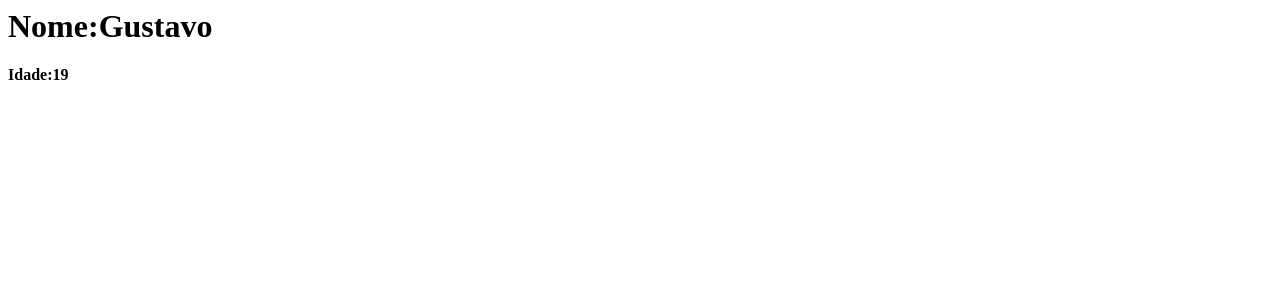
Repository: gustavofragadeveloper/Estudos-backend
Page: http://localhost/aula-02-04/Aula?nome=Gustavo&idade=19
The author's editor kept a copy of each file at every save. The page is drawn from the files as they stood at one save, then again after the next save.
The browser window is 1280 px wide. The pictures show the whole page.
The page is served by Tomcat 10.

Above is the page before, as saved 2024-04-02 23:48:43.

### AULA6/aula-02-04/src/main/java/Aula0204.java


import jakarta.servlet.ServletException;
import jakarta.servlet.annotation.WebServlet;
import jakarta.servlet.http.HttpServlet;
import jakarta.servlet.http.HttpServletRequest;
import jakarta.servlet.http.HttpServletResponse;
import java.io.IOException;
import java.io.PrintWriter;

/**
 * Servlet implementation class Aula0204
 */
public class Aula0204 extends HttpServlet {
	private static final long serialVersionUID = 1L;

    /**
     * @see HttpServlet#HttpServlet()
     */
    public Aula0204() {
        super();
        // TODO Auto-generated constructor stub
    }

	/**
	 * @see HttpServlet#doGet(HttpServletRequest request, HttpServletResponse response)
	 */
	protected void doGet(HttpServletRequest request, HttpServletResponse response) throws ServletException, IOException {
		String nome = request.getParameter("nome");
		String idade = request.getParameter("idade");

		response.setContentType("text/html");

		PrintWriter out = response.getWriter();

		out.println("<html>");
		out.println("<body>");
		out.println("<h1> Nome:" + nome + "</h1>");
		out.println("<h4> Idade:" + idade + "</h4>");
		out.println("</body>");
		out.println("</html>");


	}

	/**
	 * @see HttpServlet#doPost(HttpServletRequest request, HttpServletResponse response)
	 */
	protected void doPost(HttpServletRequest request, HttpServletResponse response) throws ServletException, IOException {
		// TODO Auto-generated method stub
		doGet(request, response);
	}

}

After the next save:
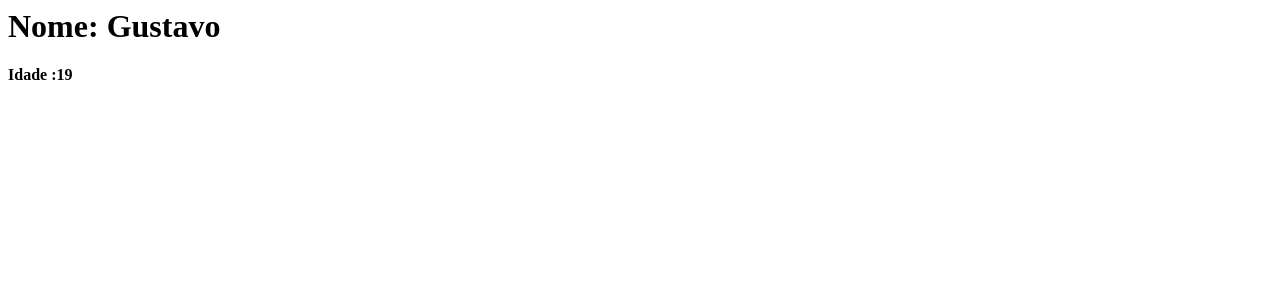
Saved 3 min 22 s later.
--- a/AULA6/aula-02-04/src/main/java/Aula0204.java
+++ b/AULA6/aula-02-04/src/main/java/Aula0204.java
@@ -35,8 +35,8 @@ public class Aula0204 extends HttpServlet {
 
 		out.println("<html>");
 		out.println("<body>");
-		out.println("<h1> Nome:" + nome + "</h1>");
-		out.println("<h4> Idade:" + idade + "</h4>");
+		out.println("<h1> Nome: " + nome + "</h1>");
+		out.println("<h4> Idade :" + idade + "</h4>");
 		out.println("</body>");
 		out.println("</html>");
 
